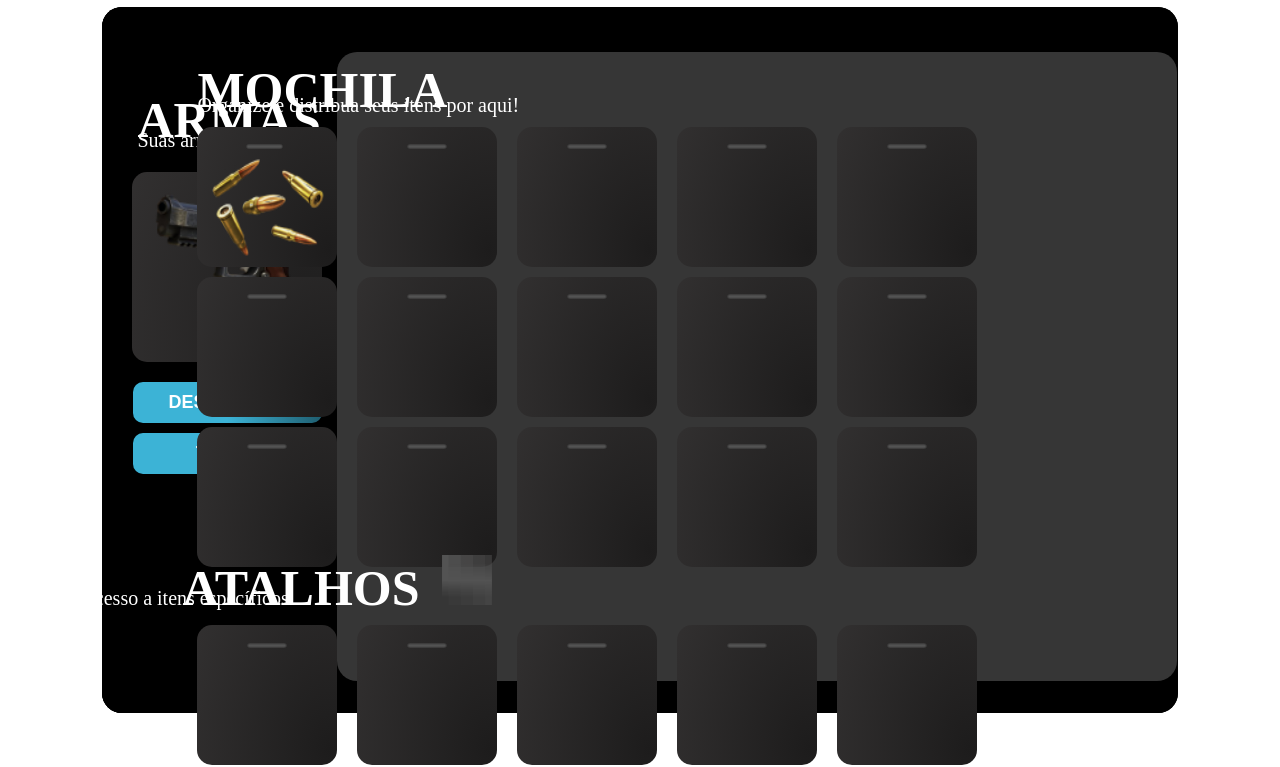
Repository: DuMCorrea/Mochila
Page: index.html
These files come from the project's save history. The page is drawn as it stood at one moment and after a run of saves; the edit follows.
The browser window is 1280 px wide. The pictures show the whole page.
Some web fonts or font styles are not loaded; a fallback is used.

Above is the page before, as saved 2024-09-03 09:46:41.

### index.html
<!DOCTYPE html>
<html lang="pt-BR">
<head>
    <meta charset="UTF-8">
    <meta name="viewport" content="width=device-width, initial-scale=1.0">
    <link href="https://fonts.googleapis.com/css2?family=Baloo+Bhai+2&display=swap" rel="stylesheet">
    <title>Modelo de Tela</title>
    <link rel="stylesheet" href="styles.css">
</head>
<body>
    <div class="container">
        <div class="background-rectangle">
            <div class="left-div">
                <div class="content-left">
                    <h1>ARMAS</h1>
                    <p>Suas armas equipadas!</p>
                    <div class="image-container">
                        <img src="assets/ARMA.png" alt="Imagem" />
                    </div>
                    <button class="desequipar-btn">DESEQUIPAR</button>
                    <button class="todas">TODAS</button>
                </div>
            </div>
            <div class="right-div">
                <div class="content-right">
                    <h1>MOCHILA</h1>
                    <p>Organize e distribua seus itens por aqui!</p>
                    <div class="squares-container">
                        <div class="square">
                            <img src="assets/traco.png" alt="Imagem" class="square-image-unic">
                            <img src="assets/balas.png" alt="Imagem" class="shots-image">
                        </div>
                        <div class="square">
                            <img src="assets/traco.png" alt="Imagem" class="square-image">
                        </div>
                        <div class="square">
                            <img src="assets/traco.png" alt="Imagem" class="square-image">
                        </div>
                        <div class="square">
                            <img src="assets/traco.png" alt="Imagem" class="square-image">
                        </div>
                        <div class="square">
                            <img src="assets/traco.png" alt="Imagem" class="square-image">
                        </div>
                    </div>
                    <!-- Segunda linha de quadrados -->
                    <div class="squares-containerr">
                        <div class="square">
                            <img src="assets/traco.png" alt="Imagem" class="square-image">
                        </div>
                        <div class="square">
                            <img src="assets/traco.png" alt="Imagem" class="square-image">
                        </div>
                        <div class="square">
                            <img src="assets/traco.png" alt="Imagem" class="square-image">
                        </div>
                        <div class="square">
                            <img src="assets/traco.png" alt="Imagem" class="square-image">
                        </div>
                        <div class="square">
                            <img src="assets/traco.png" alt="Imagem" class="square-image">
                        </div>
                    </div>

                    <!-- Terceira linha de quadrados -->
                    <div class="squares-containerrr">
                        <div class="square">
                            <img src="assets/traco.png" alt="Imagem" class="square-image">
                        </div>
                        <div class="square">
                            <img src="assets/traco.png" alt="Imagem" class="square-image">
                        </div>
                        <div class="square">
                            <img src="assets/traco.png" alt="Imagem" class="square-image">
                        </div>
                        <div class="square">
                            <img src="assets/traco.png" alt="Imagem" class="square-image">
                        </div>
                        <div class="square">
                            <img src="assets/traco.png" alt="Imagem" class="square-image">
                        </div>
                        </div>
                        <div class="atalhos-title-container">
                            <h1 class="atalhos-title">
                                ATALHOS
                                <img src="assets/linhaGrande.png" alt="Descrição da Imagem" class="atalhos-image">
                                <p class="atalhos-paragraph">Tenha acesso a itens específicos</p>
                            </h1>
                        </div>
                        <div class="shortcuts-container">
                            <div class="square">
                                <img src="assets/traco.png" alt="Imagem" class="square-image">
                            </div>
                            <div class="square">
                                <img src="assets/traco.png" alt="Imagem" class="square-image">
                            </div>
                            <div class="square">
                                <img src="assets/traco.png" alt="Imagem" class="square-image">
                            </div>
                            <div class="square">
                                <img src="assets/traco.png" alt="Imagem" class="square-image">
                            </div>
                            <div class="square">
                                <img src="assets/traco.png" alt="Imagem" class="square-image">
                            </div>
                        </div>

                        </div>
                        </div>
                        </div>
                        </div>
                        </body>

                        </html>

### styles.css
body, html {
    margin: 0;
    padding: 0;
    width: 100%;
    height: 100%;
    display: flex;
    justify-content: center;
    align-items: center;
    background-color: white; /* Fundo preto para o body */
    font-family: 'Baloo Bhai 2', cursive; /* Aplicando a fonte Baloo Bhai */
}

.container {
    width: 84%; /* Largura da div principal */
    height: 98%; /* Altura da div principal */
    display: flex;
    justify-content: center;
    align-items: center;
    background-color: #000000; /* Fundo preto para a div principal */
    border-radius: 20px; /* Canto arredondado */
    font-family: 'Baloo Bhai 2', cursive; /* Aplicando a fonte Baloo Bhai */
}

.background-rectangle {
    width: 100%;
    height: 100%;
    background: #000000; /* Fundo preto para o retângulo principal */
    border-radius: 20px; /* Cantos arredondados */
    display: flex;
}

.left-div {
    width: 22%; /* 25% da largura da tela */
    height: 100%;
    background-color: #000000; /* Fundo preto para a div esquerda */
    display: flex;
    justify-content: center;
    align-items: center;
    border-radius: 20px 0 0 20px; /* Canto arredondado à esquerda */
    font-family: 'Baloo Bhai 2', cursive; /* Aplicando a fonte Baloo Bhai */
}

.right-div {
    width: calc(110% - 20px); /* 73% da largura da tela menos a margem */
    height: calc(92% - 20px); /* 95% da altura menos a margem */
    background-color: #363636; /* Fundo cinza para a div direita */
    display: flex;
    justify-content: center;
    align-items: center;
    margin: 45px; /* Margem em torno da div da direita */
    border-radius: 20px; /* Cantos arredondados */
    font-family: 'Baloo Bhai 2', cursive; /* Aplicando a fonte Baloo Bhai */
}


/* DIV DA ESQUERDA */

.content-left {
    text-align: justify; /* Justifica o texto */
    display: flex;
    flex-direction: column;
    justify-content: flex-start; /* Alinha os elementos ao topo da div */
    align-items: center; /* Centraliza horizontalmente */
    height: 100%; /* Ocupa toda a altura da div esquerda */
    padding-top: 100px; /* Adiciona um espaçamento do topo */
}

.left-div h1 {
    color: white; /* Cor branca para o título */
    font-size: 50px; /* Tamanho da fonte do título */
    margin-bottom: -20px; /* Espaçamento negativo para aproximar o parágrafo */
    font-weight: 900;
    width: 100%; /* Para garantir que a justificação funcione */
    text-align: justify; /* Justifica o texto do título */
    position: relative;
    left: 35px;
}

.left-div p {
    color: white; /* Cor branca para a frase */
    font-size: 20px; /* Tamanho da fonte da frase */
    margin-top: 0; /* Remove a margem superior do parágrafo */
    width: 100%; /* Para garantir que a justificação funcione */
    text-align: justify; /* Justifica o texto da frase */
    font-weight: 100;
    position: relative;
    left: 35px;
}

.image-container {
    width: 190px; /* Largura do quadrado */
    height: 190px; /* Altura do quadrado */
    background: radial-gradient(547.21% 823.76% at 94.51% 88.04%, #1D1C1C 0%, #837E7E 100%); /* Fundo com gradiente */
    border-radius: 15px; /* Borda arredondada */
    display: flex;
    justify-content: center;
    align-items: center;
    margin-top: 0px; /* Espaçamento acima da imagem */
    position: relative;
    left: 30px;
}

.image-container img {
    width: 85%; /* Ajusta o tamanho da imagem para caber no container */
    height: 85%; /* Ajusta o tamanho da imagem para caber no container */
    border-radius: 15px; /* Borda arredondada da imagem para combinar com o container */
}

.desequipar-btn {
    margin-top: 20px; /* Espaçamento acima do botão */
    padding: 10px 20px; /* Espaçamento interno do botão */
    background: linear-gradient(90deg, #3CB3D6 49.9%, #1F5E70 100%); /* Fundo com gradiente */
    color: white; /* Cor do texto */
    font-size: 18px; /* Tamanho da fonte */
    font-weight: bold; /* Negrito no texto */
    border: none; /* Remove a borda padrão do botão */
    border-radius: 10px; /* Bordas arredondadas */
    cursor: pointer; /* Cursor de ponteiro ao passar o mouse */
    text-align: center; /* Centraliza o texto no botão */
    width: 189px; /* Largura do botão */
    position: relative;
    left: 30px;
}

.todas {
    margin-top: 10px; /* Espaçamento acima do botão */
    padding: 10px 20px; /* Espaçamento interno do botão */
    background: linear-gradient(90deg, #3CB3D6 49.9%, #1F5E70 100%); /* Fundo com gradiente */
    color: white; /* Cor do texto */
    font-size: 18px; /* Tamanho da fonte */
    font-weight: bold; /* Negrito no texto */
    border: none; /* Remove a borda padrão do botão */
    border-radius: 10px; /* Bordas arredondadas */
    cursor: pointer; /* Cursor de ponteiro ao passar o mouse */
    text-align: center; /* Centraliza o texto no botão */
    width: 189px; /* Largura do botão */
    position: relative;
    left: 30px;
}


/* DIV DA DIREITA */


.content-right {
    display: flex;
    flex-direction: column;
    justify-content: flex-start; /* Alinha os elementos ao topo da div */
    align-items: flex-start; /* Alinha os elementos à esquerda */
    height: 100%; /* Ocupa toda a altura da div direita */
    padding: 20px; /* Adiciona um espaçamento interno */
}

.right-div h1 {
    color: white; /* Cor branca para o título */
    font-size: 50px; /* Tamanho da fonte do título */
    margin-bottom: -20px; /* Espaçamento negativo para aproximar o parágrafo */
    font-weight: 900;
    width: 100%; /* Para garantir que a justificação funcione */
    text-align: left; /* Alinha o texto à esquerda */
    position: relative; /* Posicionamento relativo para o elemento abaixo */
    right: 160px;
    bottom: 25px;
}

.right-div p {
    color: white; /* Cor branca para a frase */
    font-size: 20px; /* Tamanho da fonte da frase */
    margin-top: 0; /* Remove a margem superior do parágrafo */
    width: 100%; /* Para garantir que a justificação funcione */
    text-align: left; /* Alinha o texto à esquerda */
    font-weight: 100;
    position: relative; /* Posicionamento relativo para o elemento abaixo */
    right: 160px;
    bottom: 30px;
}

.squares-container {
    display: flex; /* Exibe os quadrados em linha */
    justify-content: center; /* Centraliza os quadrados horizontalmente */
    align-items: center; /* Centraliza os quadrados verticalmente */
    width: 100%; /* Largura total para o contêiner */
    height: 50%; /* Altura do contêiner */
    position: relative;
    right: 170px;
    bottom: 40px;
}

.squares-containerr {
    display: flex; /* Exibe os quadrados em linha */
    justify-content: center; /* Centraliza os quadrados horizontalmente */
    align-items: center; /* Centraliza os quadrados verticalmente */
    width: 100%; /* Largura total para o contêiner */
    height: 50%; /* Altura do contêiner */
    position: relative;
    right: 170px;
    bottom: 30px;

}
.squares-containerrr {
    display: flex; /* Exibe os quadrados em linha */
    justify-content: center; /* Centraliza os quadrados horizontalmente */
    align-items: center; /* Centraliza os quadrados verticalmente */
    width: 100%; /* Largura total para o contêiner */
    height: 50%; /* Altura do contêiner */
    position: relative;
    right: 170px;
    bottom: 20px;
}

.square {
    width: 140px; /* Largura dos quadrados */
    height: 140px; /* Altura dos quadrados */
    background: radial-gradient(547.21% 823.76% at 94.51% 88.04%, #1D1C1C 0%, #837E7E 100%); /* Gradiente de fundo */
    border-radius: 15px; /* Bordas arredondadas */
    margin: 0 10px 0px 10px; /* Espaçamento entre os quadrados e entre as linhas */
    display: flex;
    justify-content: center; /* Centraliza horizontalmente o conteúdo */
    align-items: center; /* Centraliza verticalmente o conteúdo */
}

.square-image {
    width: 40px; /* Tamanho da imagem dentro dos quadrados */
    height: 5px;
    position: relative;
    bottom: 50px;
}

.square-image-unic {
    width: 40px; /* Tamanho da imagem dentro dos quadrados */
    height: 5px;
    position: relative;
    bottom: 50px;
    left: 60px;
}

.shots-image {
    width: 90%; /* Tamanho da imagem dentro dos quadrados */
    height: 70%;
    position: relative;
    top: 10px;
    right: 20px;
}


.shortcuts-container {
    display: flex;
    justify-content: center;
    align-items: center;
    width: 100%;
    position: relative;
    right: 170px;
    bottom: 80px;
}

.atalhos-title-container {
    display: flex;
    align-items: center;
    justify-content: flex-start;
    position: relative;
    right: 15px;
    bottom: 40px;
}

.atalhos-image {
    width: 50px; /* Ajuste o tamanho da imagem conforme necessário */
    height: 50px;
    margin-left: 10px; /* Espaço entre o título e a imagem */
}

.atalhos-paragraph {
    color: white;
    font-size: 20px; /* Ajuste o tamanho do texto conforme necessário */
    margin-left: 10px; /* Espaço entre a imagem e o parágrafo */
    font-weight: 400;
}

After the next 2 saves:
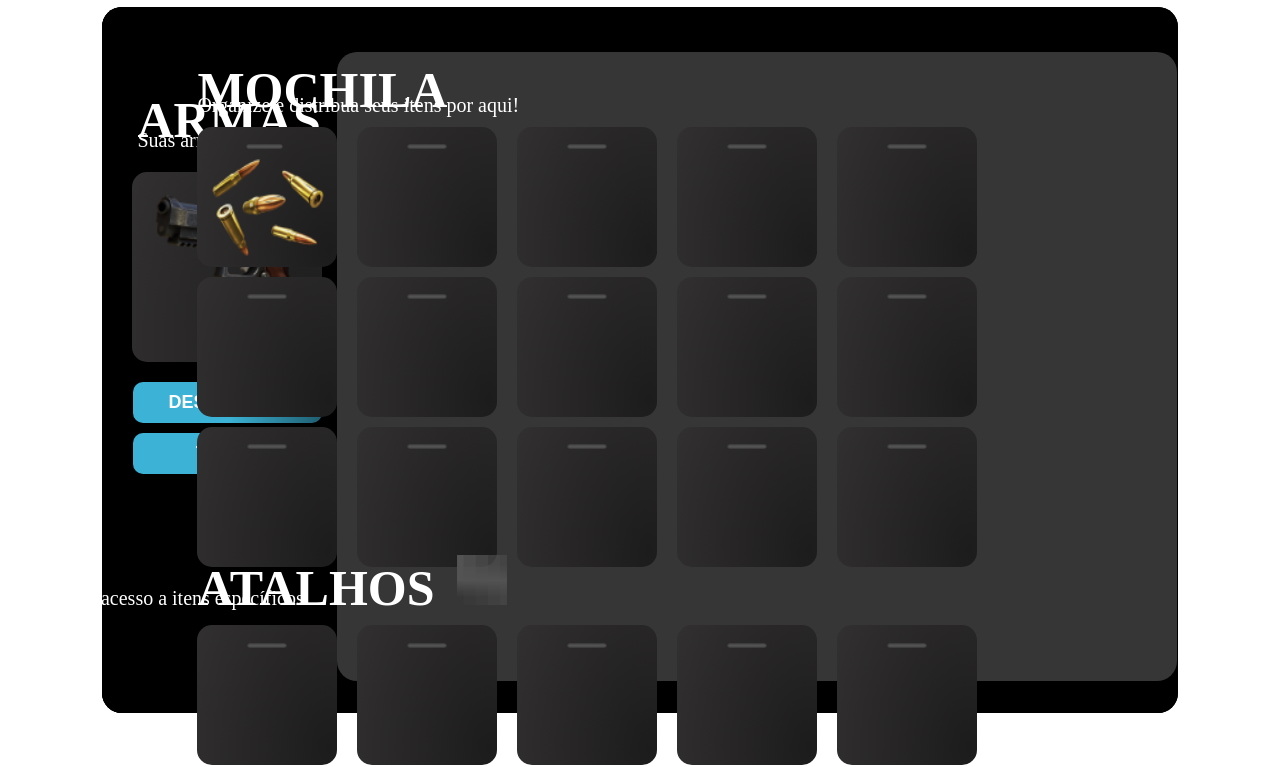
The 2 saves are shown as one change because they came seconds apart.
The last was saved 7 s later.
--- a/styles.css
+++ b/styles.css
@@ -258,7 +258,7 @@ body, html {
     align-items: center;
     justify-content: flex-start;
     position: relative;
-    right: 15px;
+    right: 0px;
     bottom: 40px;
 }
 
